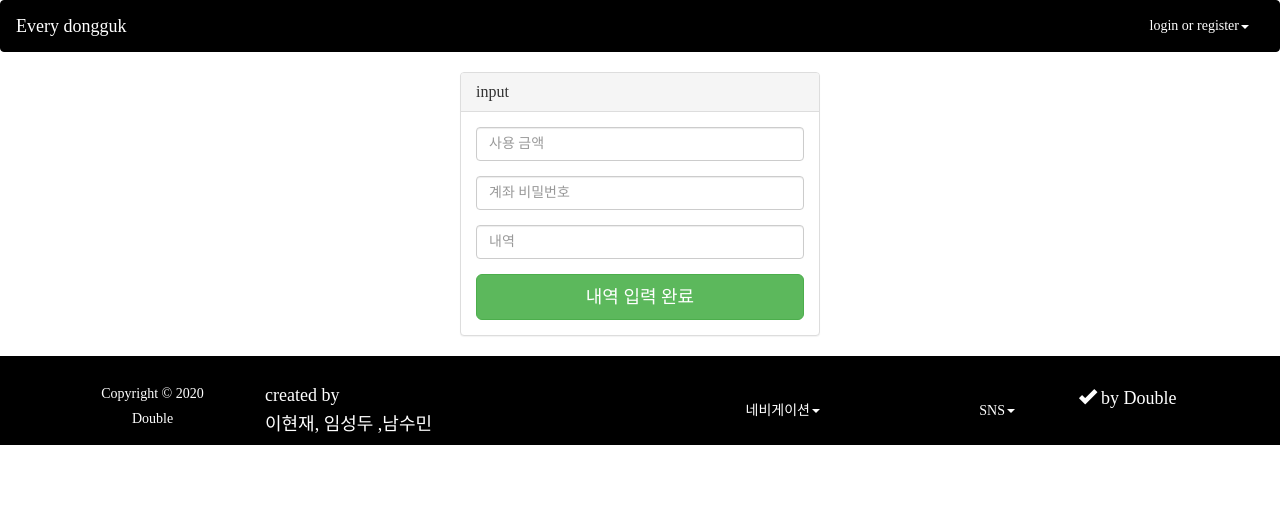
Repository: CSID-DGU/2020-1-ESCD-DOUBLE
Page: http://localhost/web/WEB-INF/views/bank/purchase.jsp
These files come from the project's save history. The page is drawn as it stood at one moment and after the next save; the edit follows.
The browser window is 1280 px wide. The pictures show the whole page.
Some web fonts or font styles are not loaded; a fallback is used. Some web libraries are served in a nearby version. The page is served by Tomcat 9. Nobody is signed in. Other server files are loaded and not shown. The template is opened directly, without the code that normally fills it, so the values that code supplies are empty.

Above is the page before, as saved 2020-05-05 15:54:18.

### web/src/main/webapp/WEB-INF/views/bank/purchase.jsp
<%@ page language="java" contentType="text/html; charset=EUC-KR"
    pageEncoding="EUC-KR"%>
<%@taglib prefix= "c" uri= "http://java.sun.com/jsp/jstl/core" %>
<!DOCTYPE html>
<html>
<head>
<meta charset="EUC-KR">
<title>Insert title here</title>
<link rel="stylesheet" href="resources/css/bootstrap.css">
<link rel="stylesheet" href="resources/css/customize.css">
</head>
<body>

<%@include file="../template/header.jsp"%>



<div class="container">
    <div class="row">
		<div class="col-md-4 col-md-offset-4">
    		<div class="panel panel-default">
			  	<div class="panel-heading">
			    	<h3 class="panel-title">input</h3>
			 	</div>
			  	<div class="panel-body">

				    <form name="uploadForm" method="post" role="form" action="purchase_ok" enctype="multipart/form-data">
                    <fieldset>
			    	  	<div class="form-group">
<input class="form-control" type="text" name="Binout" placeholder="사용 금액">
			    		</div>
			    		<div class="form-group">
<input class="form-control" type="password" name="Bpw" placeholder="계좌 비밀번호">
			    		</div>
			    		<div class="form-group">
<input class="form-control" type="text" name="Bmemo" placeholder="내역">
			    		</div>
    <input type="hidden" name="imgFile">
<input class="btn btn-lg btn-success btn-block" type="submit" value="내역 입력 완료">
			    	</fieldset>
			      	</form>
			    </div>
			</div>
		</div>
	</div>
</div>



<%@include file="../template/footer.jsp"%>


</body>
</html>

### web/src/main/webapp/WEB-INF/views/template/header.jsp
<%@ page language="java" contentType="text/html; charset=EUC-KR"
    pageEncoding="EUC-KR"%>
<!DOCTYPE html>
<html>
<head>
<meta charset="EUC-KR">
<title>Insert title here</title>
<link rel="stylesheet" href="resources/css/bootstrap.css">
<link rel="stylesheet" href="resources/css/customize.css">
</head>
<body>
<script src="https://code.jquery.com/jquery-3.1.1.min.js"></script>
<script src="resources/js/bootstrap.js"></script>
<%@taglib prefix= "c" uri= "http://java.sun.com/jsp/jstl/core" %>
<nav class="navbar navbar-default">
	<div class="container-fluid">

		<div class="navbar-header">
			<button type="button" class="navbar-toggle collapsed" data-toggle="collapse"
			data-target="#bs-example-navbar-collapse-1" aria-expanded="false"><!-- 크기를 줄였을때 나타나는 버튼 -->
				<span class="sr-only"></span>
				<span class="icon-bar"></span>
				<span class="icon-bar"></span>
				<span class="icon-bar"></span>
			</button>
			<a class="navbar-brand" href="index">Every dongguk</a>
		</div>

		<div class="collapse navbar-collapse" id="bs-example-navbar-collapse-1"><!-- 네비 중간 대부분을 차지함 -->

			<ul class="nav navbar-nav navbar-right">
				<li class="dropdown">
					<a href="#" class="dropdown-toggle" data-toggle="dropdown" role="button"
					aria-haspopup="true" aria-expanded="false"><c:if test="${empty Sid }">login or register</c:if><c:if test="${not empty Sid }">${Sid } 님 환영합니다.</c:if><span class="caret"></span></a>
					<ul class="dropdown-menu">

					<c:choose>
					<c:when test="${empty Sid }">
						<li><a href="login_form">로그인</a></li>
						<li><a href="register_form">회원가입</a></li>
					</c:when>
					<c:otherwise>
						<li><a href="logout">로그아웃</a></li>
						<li><a href="mypage">마이페이지(${Sid})</a></li>
						</c:otherwise>
						</c:choose>

					</ul>

				</li>
			</ul>

		</div>
	</div>
</nav>



</body>
</html>

### web/src/main/webapp/WEB-INF/views/template/footer.jsp
<%@ page language="java" contentType="text/html; charset=EUC-KR"
    pageEncoding="EUC-KR"%>
<!DOCTYPE html>
<html>
<head>
<meta charset="EUC-KR">
<title>Insert title here</title>
<link rel="stylesheet" href="resources/css/bootstrap.css">
<link rel="stylesheet" href="resources/css/customize.css">
</head>
<body>
<script src="https://code.jquery.com/jquery-3.1.1.min.js"></script>
<script src="resources/js/bootstrap.js"></script>

<style type="text/css">
#footul ,#footul2{
color:white;}
#footul:hover ,#footul2:hover{

background-color:black;


}
#footul:focus,#footul2:hover{
background-color:black;}

</style>

<footer style="background-color: #000000;color:#ffffff">
	<div class="container">
		<br>
		<div class="row">
			<div class="col-sm-2" style="text-align: center;"><h5>Copyright &copy; 2020</h5><h5>Double </h5></div>
			<div class="col-sm-4"><h4>created by<h4><p>이현재, 임성두 ,남수민</p></div>
			<div class="col-sm-2"><h4 style="text-align:center;"></h4>

						<ul class="nav navbar-nav navbar-right">
				<li class="dropdown">
					<a href="#" class="dropdown-toggle" data-toggle="dropdown" role="button"
					aria-haspopup="true" aria-expanded="false" id="footul">네비게이션<span class="caret"></span></a>
					<ul class="dropdown-menu">
						<li><a href="#">냐옹</a></li>
						<li><a href="#">멍멍</a></li>
					</ul>

				</li>
			</ul>
			</div>
			<div class="col-sm-2"><h4 style="text-align:center;"></h4>



							<ul class="nav navbar-nav navbar-right">
				<li class="dropdown">
					<a href="#" class="dropdown-toggle" data-toggle="dropdown" role="button"
					aria-haspopup="true" aria-expanded="false" id="footul2">SNS<span class="caret"></span></a>
					<ul class="dropdown-menu">
						<li><a href="#">뭔가 개발자 이메일 보내기?</a></li>
						<li><a href="#">뭐 그런거...</a></li>
					</ul>

				</li>
			</ul>

			</div>
			<div class="col-sm-2"><h4 style="text-align:center;"><span class="glyphicon glyphicon-ok"></span>&nbsp;by Double</h4></div>
	</div>


</div>
</footer>


</body>
</html>

### web/src/main/webapp/resources/css/customize.css
@import url(http://fonts.googleapis.com/earlyaccess/nanumgothic.css);
*{font-family:'Nanum Gothic';}
a{
	color:#000000;
	text-decoration:none;
}
a:hover{
	color:#bbbbbb;
	text-decoration:none;
	cursor:pointer;
}
.navbar-default{/*까만색!*/
	background-color:#000000;
	border-color:#000000;
}
.navbar-default .navbar-brand{
	color:#ffffff;/*하얀색!*/
}
.navbar-default .navbar-brand:hover,
.navbar-default .navbar-brand:focus{
	background-color:transparent;
	color:#bbbbbb;
}
.navbar-default .navbar-nav> .active>a,
.navbar-default .navbar-nav> .active>a:hover,
.navbar-default .navbar-nav> .active>a:focus{
	color:white;
	background-color:#000000;
}
.navbar-default .navbar-nav> li>a:hover,
.navbar-default .navbar-nav> li>a:focus{
	color:#bbbbbb;
}
.navbar-default .navbar-nav> .open>a,
.navbar-default .navbar-nav> .open>a:hover,
.navbar-default .navbar-nav> .open>a:focus{
	color:#000000;
	background-color:#ffffff;
	text-decoration:none;
}
.navbar-default .navbar-nav>li>a{
	color:white;
}
@media(max-width:767px){
	.navbar-default .navbar-nav .open .dropdown-menu>li>a{
	color:#ffffff;}
	.navbar-default .navbar-nav .open .dropdown-menu>li>a:hover,
	.navbar-default .navbar-nav .open .dropdown-menu>li>a:focus{
	color:#bbbbbb;}

}

Loaded but not shown: web/src/main/webapp/resources/css/bootstrap.css (library); web/src/main/webapp/resources/js/bootstrap.js (library)

After the next save:
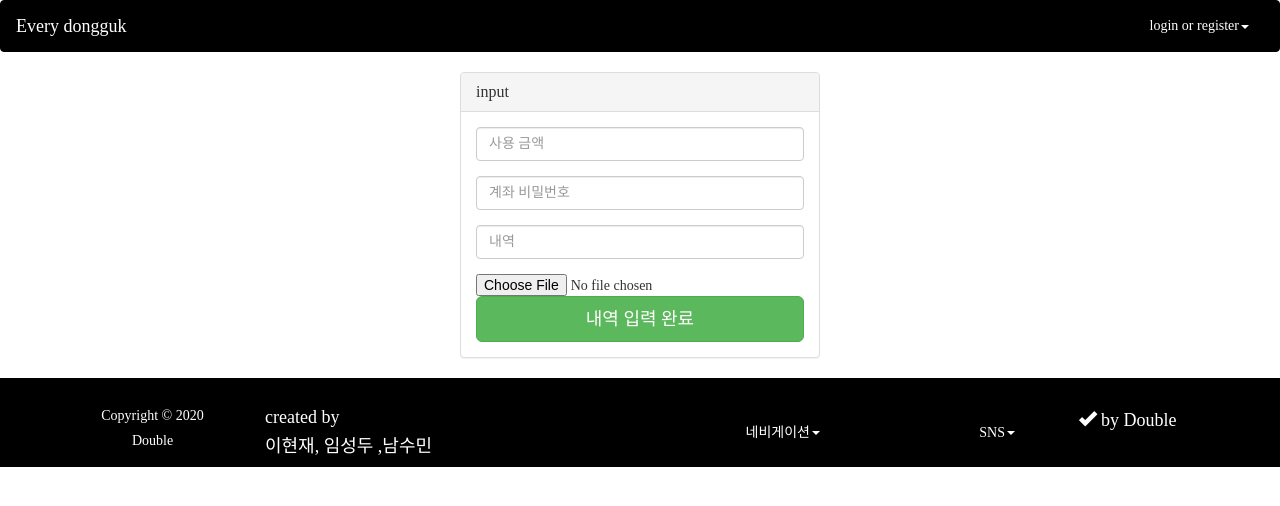
Saved 35 s later.
--- a/web/src/main/webapp/WEB-INF/views/bank/purchase.jsp
+++ b/web/src/main/webapp/WEB-INF/views/bank/purchase.jsp
@@ -35,7 +35,7 @@
 			    		<div class="form-group">
 <input class="form-control" type="text" name="Bmemo" placeholder="내역">
 			    		</div>
-    <input type="hidden" name="imgFile">
+    <input type="file" name="imgFile">
 <input class="btn btn-lg btn-success btn-block" type="submit" value="내역 입력 완료">
 			    	</fieldset>
 			      	</form>
